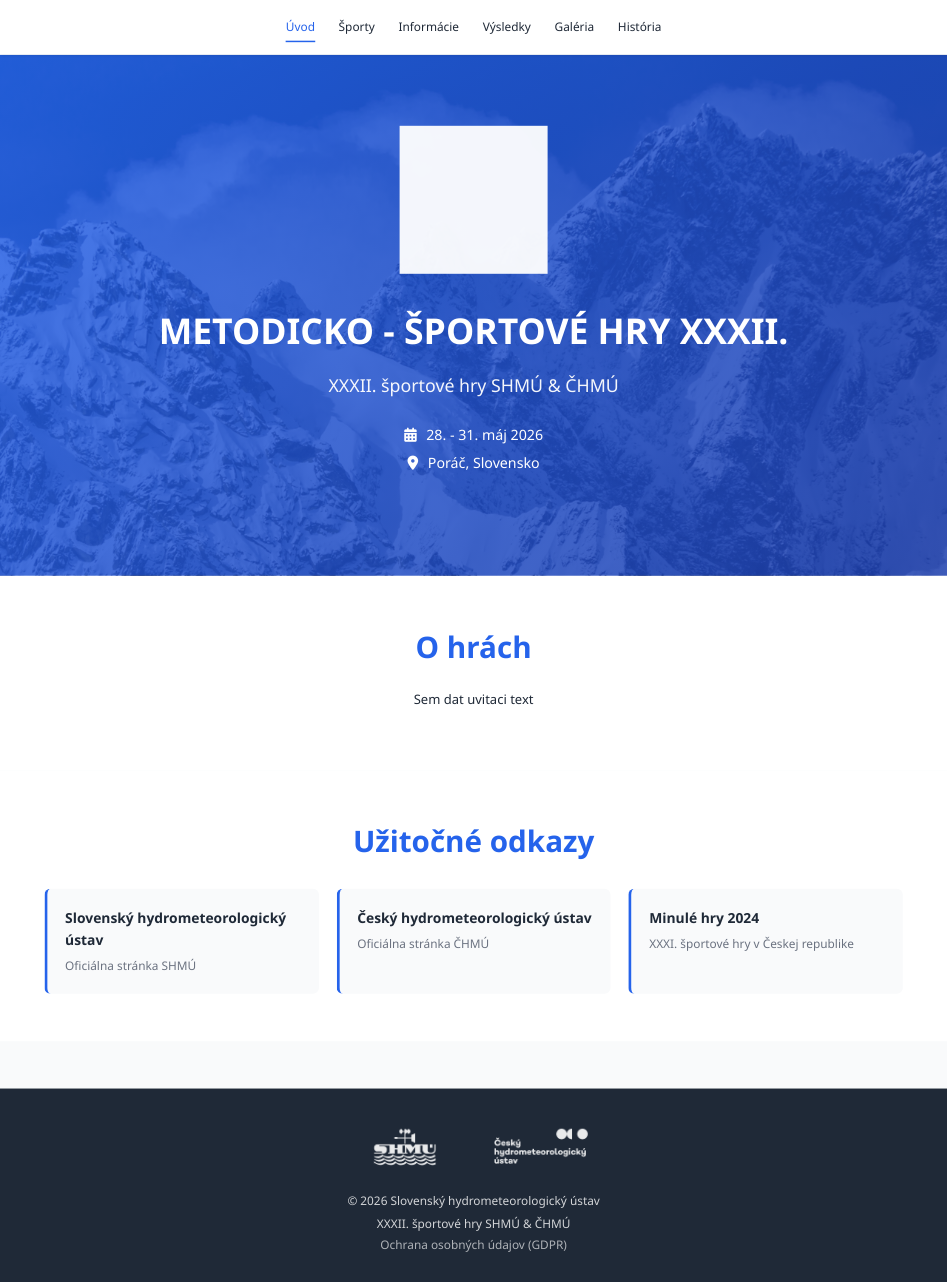
Repository: samiljimari/SHMU-web
Page: index.html
These files come from the project's save history. The page is drawn as it stood at one moment and after the next save; the edit follows.
The browser window is 1280 px wide. The pictures show the whole page, at 74% of full size.

Above is the page before, as saved 2026-01-14 14:49:44.

After the next save:
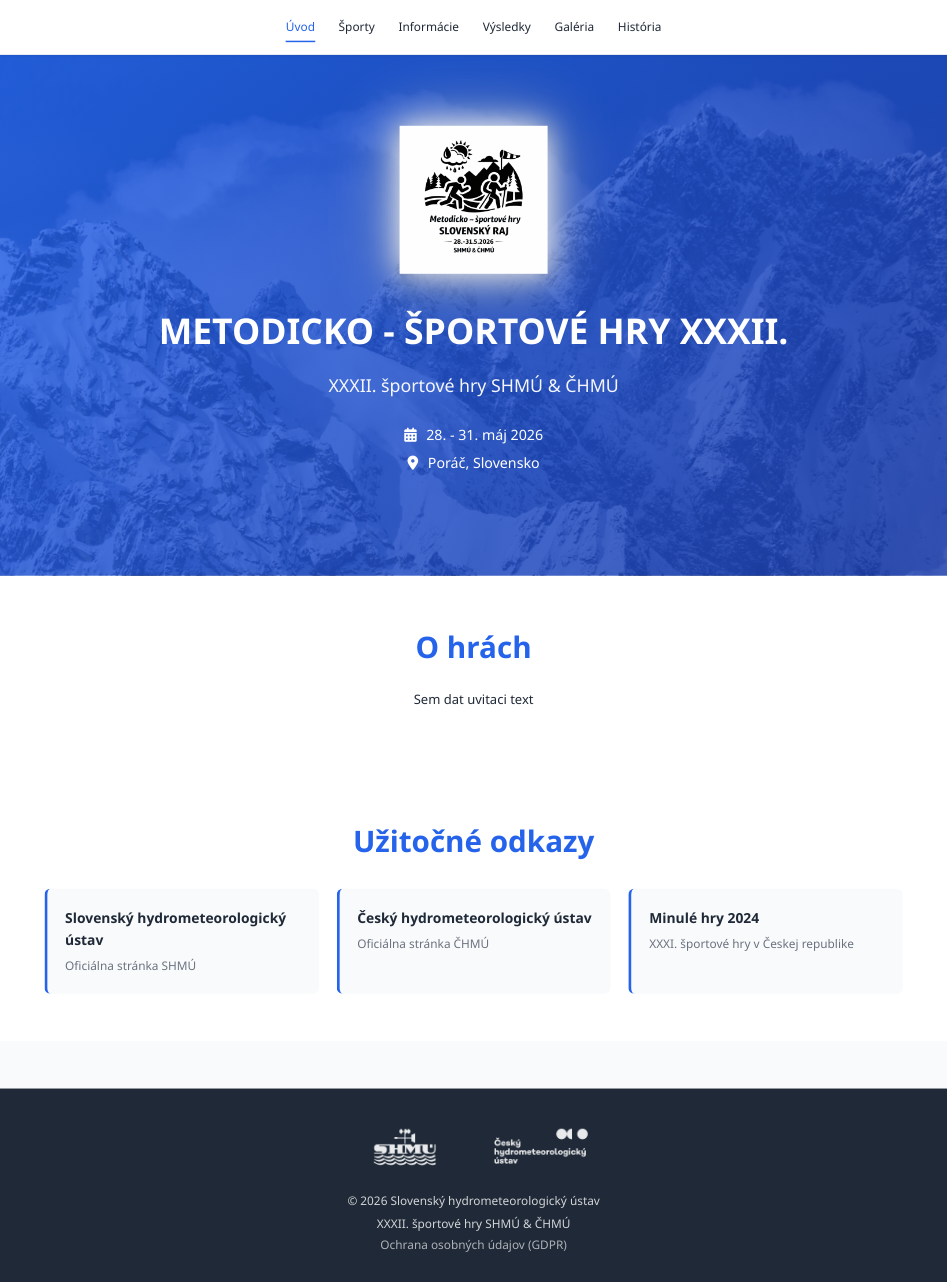
Saved 77 s later.
--- a/css/style.css
+++ b/css/style.css
@@ -125,8 +125,10 @@
     height: 200px;
     width: auto;
     margin-bottom: 2rem;
-    filter: brightness(0) invert(1);
-    opacity: 0.95;
+    filter: drop-shadow(0 0 20px rgba(255, 255, 255, 0.9))
+            drop-shadow(0 0 40px rgba(255, 255, 255, 0.6))
+            drop-shadow(0 4px 8px rgba(0, 0, 0, 0.3));
+    opacity: 1;
 }
 
 .hero-content h2 {
